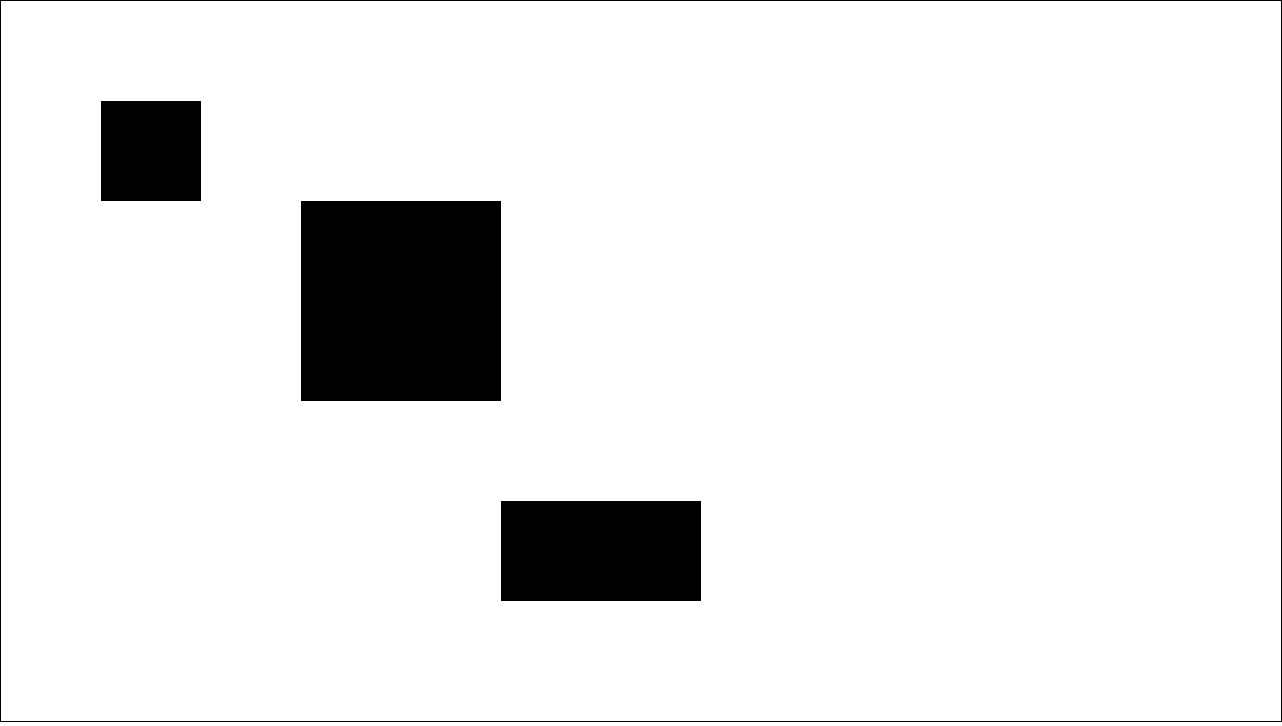
Repository: badhon252/Javascript-practice
Page: 1projects/JavaScript30/08 - Fun with HTML5 Canvas/index-START.html
These files come from the project's save history. The page is drawn as it stood at one moment and after the next save; the edit follows.
The browser window is 1280 px wide. The page is 1282 px wide, so the pictures cover 1282 px, including what lies to the right of the window. The pictures show the whole page.

Above is the page before, as saved 2022-12-02 23:30:28.

After the next save:
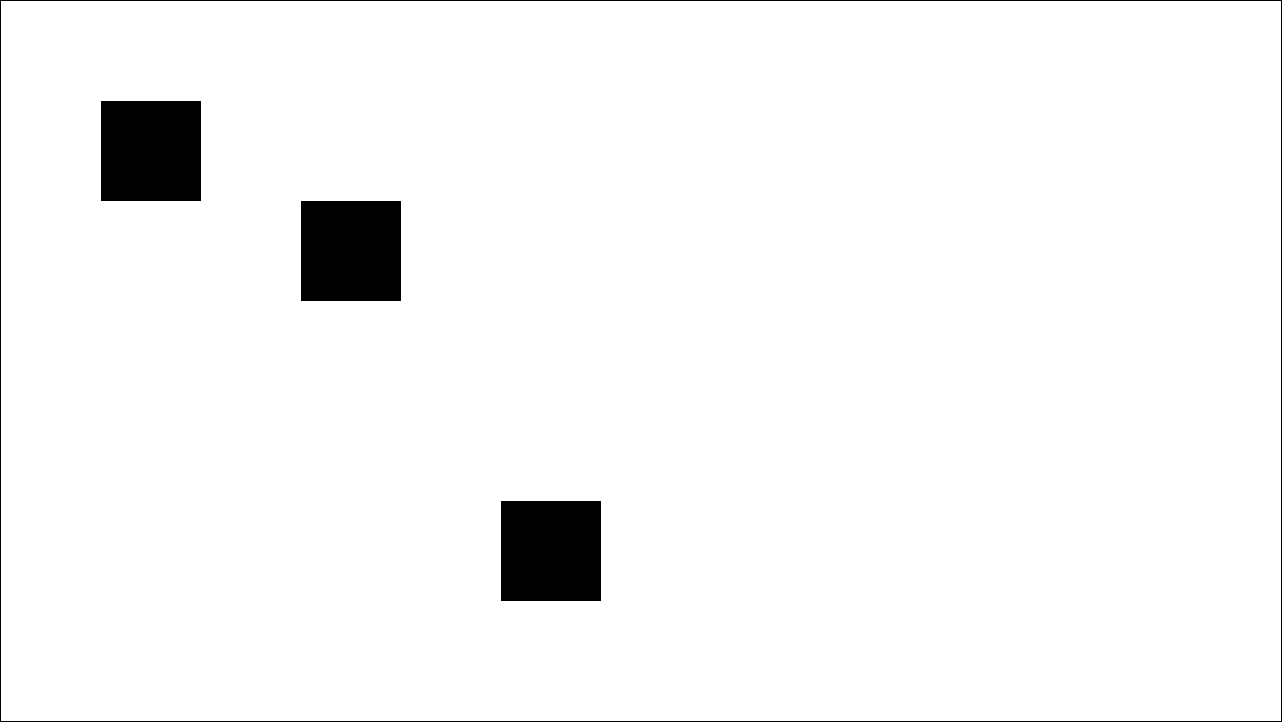
Saved 17 s later.
--- a/1projects/JavaScript30/08 - Fun with HTML5 Canvas/index-START.html
+++ b/1projects/JavaScript30/08 - Fun with HTML5 Canvas/index-START.html
@@ -33,8 +33,8 @@
 
         // ctx.fillRect(x, y, width, height)
         ctx.fillRect(100, 100, 100, 100);
-        ctx.fillRect(300, 200, 200, 200);
-        ctx.fillRect(500, 500, 200, 100);
+        ctx.fillRect(300, 200, 100, 100);
+        ctx.fillRect(500, 500, 100, 100);
     </script>
 </body>
 
